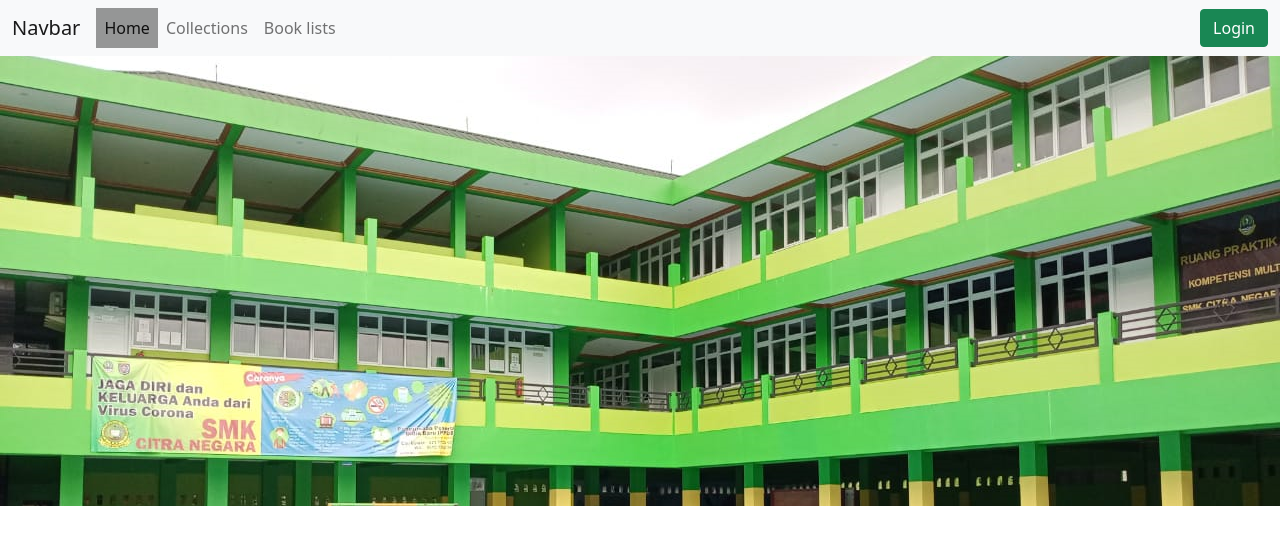
Repository: humanrizki/app-perpus-laravel-8
Page: http://localhost/home
An editor plug-in stored every save of this project. The page is shown before and after the next save, followed by the edit.
The browser window is 1280 px wide. The pictures show the whole page.
Some web libraries are served in a nearby version. The page is served by the project's Laravel application, run on PHP 8.4 with Laravel 8.

Above is the page before, as saved 2021-11-25 11:53:07.

After the next save:
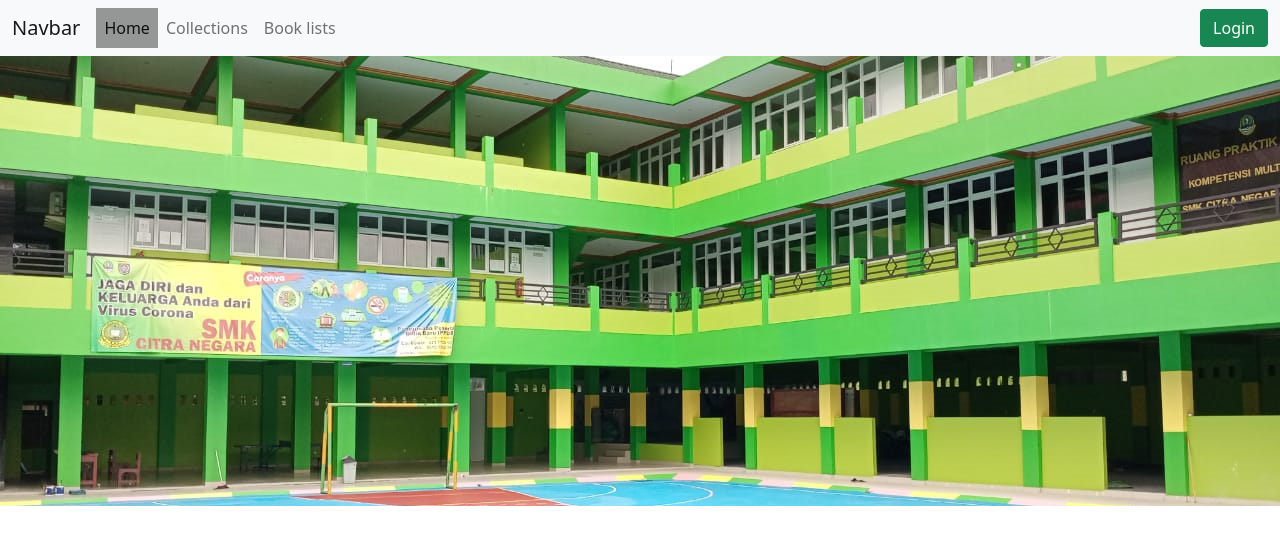
Saved 10 s later.
--- a/resources/views/homeTemplate.blade.php
+++ b/resources/views/homeTemplate.blade.php
@@ -4,7 +4,7 @@
         <div class="img-content">
             <img src="img/cn.png" alt="" class="w-100" style="
                 padding: 0px;
-                margin-top:-100px;
+                margin-top:-200px;
                 ">
         </div>
     </div>
